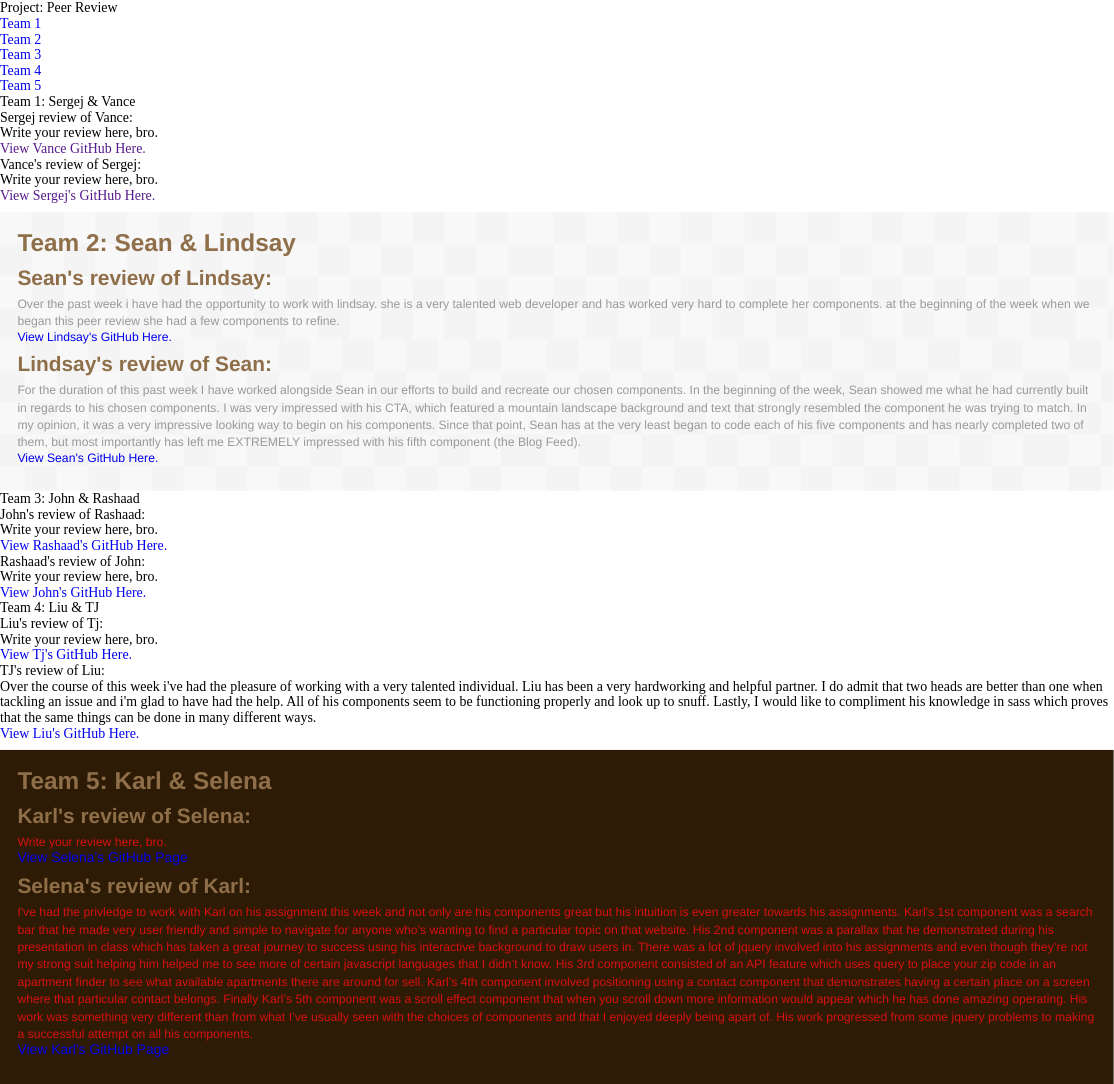
Repository: Smvargas787/WSP-2.5
Page: workspace 3/hello-world.html
The author's editor kept a record of every edit. The page is drawn from the files as they stood at one moment, then again after the next edit.
The browser window is 1280 px wide. The pictures show the whole page, at 87% of full size.
Some web libraries are served in a nearby version.

Above is the page before.

### workspace 3/hello-world.html
<!DOCTYPE html>
<html lang= "en">
	<head>
		<meta charset= "utf-8"/>
		<meta name="viewport" content="width=device-width, initial-scale=1, maximum-scale=1">
		<title>Project: Peer Review</title>

		<link href="css/reset.css" rel="stylesheet" type="text/css" />
		<link href="css/style.css" rel="stylesheet" type="text/css" />
	</head>


	<body>

		<header>
			<h1>Project: Peer Review</h1>
			<nav>
				<ul>
					<li><a href="#" class="link" data-this=".team1" data-last=".page">Team 1</a></li>
					<li><a href="#" class="link" data-this=".team2" data-last=".page">Team 2</a></li>
					<li><a href="#" class="link" data-this=".team3" data-last=".page">Team 3</a></li>
					<li><a href="#" class="link" data-this=".team4" data-last=".page">Team 4</a></li>
					<li><a href="#" class="link" data-this=".team5" data-last=".page">Team 5</a></li>
				</ul>
			</nav>
		</header>


<!-- 	Team 1 -->
		<section class="page team1">
			<h2>Team 1: Sergej & Vance</h2>

			<article>
				<h3>Sergej review of Vance:</h3>
				<p>Write your review here, bro.</p>
				<a href="" target="_blank">View Vance GitHub Here.</a>
			</article>

			<article>
			 	<h3>Vance's review of Sergej:</h3>
				<p>Write your review here, bro.</p>
				<a href="" target="_blank">View Sergej's GitHub Here.</a>
			</article>
        </section>
<!-- End Team 1 -->





<!-- 	Team 2 -->
		<section class="page team2">
			<h2>Team 2: Sean & Lindsay</h2>

			<article>
				<h3>Sean's review of Lindsay:</h3>
				<p>Over the past week i have had the opportunity to work with lindsay. she is a very talented web developer and has worked very hard
				to complete her components. at the beginning of the week when we began this peer review she had a few components to refine.
				</p>
				<a href="http://lindsayhampton.github.io/WSP/" target="_blank">View Lindsay's GitHub Here.</a>
			</article>

			<article>
			 	<h3>Lindsay's review of Sean:</h3>
				<p>For the duration of this past week I have worked alongside Sean in our efforts to build and recreate our chosen components.
				In the beginning of the week, Sean showed me what he had currently built in regards to his chosen components. I was very impressed with his CTA,
				which featured a mountain landscape background and text that strongly resembled the component he was trying to match. In my opinion, it was a
				very impressive looking way to begin on his components. Since that point, Sean has at the very least began to code each of his five components and
				has nearly completed two of them, but most importantly has left me EXTREMELY impressed with his fifth component (the Blog Feed). </p>
				<a href="http://seanedw1.github.io/wsp_edwards_sean/index.html" target="_blank">View Sean's GitHub Here.</a>
			</article>

		</section>
<!-- End Team 2 -->




<!-- 	Team 3 -->
		<section class="page team3">
			<h2>Team 3: John & Rashaad</h2>
			<article>
				<h3>John's review of Rashaad:</h3>
				<p>Write your review here, bro.</p>
				<a href="http://mangenius200.github.io/WSP/wsp_project-master/index.html" target="_blank">View Rashaad's GitHub Here.</a>
			</article>

			<article>
			 	<h3>Rashaad's review of John:</h3>
				<p>Write your review here, bro.</p>
				<a href="http://johnkunkle1987.github.io/Web-Standards-Project/week_1_project/" target="_blank">View John's GitHub Here.</a>
			</article>
		</section>
<!-- End Team 3 -->





<!-- 	Team 4 -->
		<section class="page team4">
			<h2>Team 4: Liu  & TJ</h2>
			<article>
				<h3>Liu's review of Tj:</h3>
				<p>Write your review here, bro.</p>
				<a href="http://fs-timothymccoy.github.io/WSP/ProjectPlanning/index.html" target="_blank">View Tj's GitHub Here.</a>
			</article>

			<article>
			 	<h3>TJ's review of Liu:</h3>
				<p>Over the course of this week i've had the pleasure of working with a very talented individual. Liu has been a very hardworking and helpful partner. I do admit that two heads are better than one when tackling an issue and i'm glad to have had the help. All of his components seem to be functioning properly and look up to snuff. Lastly, I would like to compliment his knowledge in sass which proves that the same things can be done in many different ways.</p>
				<a href="http://maumasi.github.io/WSP_082015/" target="_blank">View Liu's GitHub Here.</a>
			</article>

    	</section>
<!-- End Team 4 -->


<!-- 	Team 5 -->
		<section class="page team5">
			<h2>Team 5: Karl & Selena</h2>
			<article>
				<h3>Karl's review of Selena:</h3>
				<p>Write your review here, bro.</p>
				<a href="http://smvargas787.github.io/WSP-2.5/index.html" target="_blank">View Selena's GitHub Page</a>
			</article>

			<article>
			 	<h3>Selena's review of Karl:</h3>
				<p>I've had the privledge to work with Karl on his assignment this week and not only are his components great but his intuition is even greater towards his assignments. Karl’s 1st component was a search bar that he made very user friendly and simple to navigate for anyone who’s wanting to find a particular topic on that website. His 2nd component was a parallax that he demonstrated during his presentation in class which has taken a great journey to success using his interactive background to draw users in. There was a lot of jquery involved into his assignments and even though they’re not my strong suit helping him helped me to see more of certain javascript languages that I didn’t know. His 3rd component consisted of an API feature which uses query to place your zip code in an apartment finder to see what available apartments there are around for sell. Karl’s 4th component involved positioning using a contact component that demonstrates having a certain place on a screen where that particular contact belongs. Finally Karl’s 5th component was a scroll effect component that when you scroll down more information would appear which he has done amazing operating. His work was something very different than from what I’ve usually seen with the choices of components and that I enjoyed deeply being apart of. His work progressed from some jquery problems to making a successful attempt on all his components. </p>
			    <a href="http://kjrohr.github.io/wps_project/blog/index.html" target="_blank">View Karl's GitHub Page</a>
			</article>




		</section>
<!-- End Team 5 -->




<!-- jquery -->
		<script src="https://ajax.googleapis.com/ajax/libs/jquery/1.11.3/jquery.min.js"></script>
	<!--	<script src="js/jquery-1.11.3.min.js"></script> -->
		<script src="js/main.js"></script>

	</body>
</html>

### workspace 3/css/reset.css
/* CSS RESET
====================================================================================================
====================================================================================================
*/



html, body, div, main, span, applet, object, iframe,
h1, h2, h3, h4, h5, h6, p, blockquote, pre,
a, abbr, acronym, address, big, cite, code,
del, dfn, em, img, ins, kbd, q, s, samp,
small, strike, strong, sub, sup, tt, var,
b, u, i, center,
dl, dt, dd, ol, ul, li,
fieldset, form, label, legend, input, textarea,
table, caption, tbody, tfoot, thead, tr, th, td,
article, aside, canvas, details, embed,
figure, figcaption, footer, header, hgroup,
menu, nav, output, ruby, section, summary,
time, mark, audio, video,
::before, ::after {

	margin: 0; padding: 0;
	border: 0;
	font-size: 100%;
	font: inherit;
	vertical-align: baseline;
	text-decoration: none;

	box-sizing: border-box;

}

// HTML5 - Older browser support
// ======================================================================
article, aside, details, figcaption, figure,
footer, header, hgroup, menu, nav, section {
	display: block;
}


// BODY
// ======================================================================
body { line-height: 1; }


// LISTS - Clear bullets
// ======================================================================
ol, ul { list-style: none; }


// QUOTES
// ======================================================================
blockquote, q { quotes: none; }
blockquote:before, blockquote:after,
q:before, q:after {
	content: '';
	content: none;
}

// TABLES
// ======================================================================
table {
	border-collapse: collapse;
	border-spacing: 0;
}

### workspace 3/css/style.css
/* Team 1 ======================================================== */
/* End of Team 1 ================================================= */


/* Team 2 ======================================================== */
.team2
{
  margin-top: 10px;
  background: url("../images/background-team2.jpg");
  color: #999999;
  font-family: Helvetica;
  padding: 20px;
  font-size: 14px;
}


.team2 article a:hover
{
  color: rgba(215,17,17, 0.8);
}

.team2 article a:visited
{
  color: #094978;
}


.team2 h1{
  text-align:center;
}


.team2 h2
{
  margin-bottom: 10px;
  font-size: 28px;
  font-weight: 900;
  color: #8F6F49;
}

.team2 article h3
{
  margin-bottom: 5px;
  color: #8F6F49;
  font-size: 24px;
  font-weight: 700;
}

.team2 article p
{
  line-height: 20px;
}

.team2 article a
{
  display: block;
  padding-bottom: 10px;
}


/* End of Team 2 ================================================= */


/* Team 3 ======================================================== */
/* End of Team 3 ================================================= */


/* Team 4 ======================================================== */
/* End of Team 4 ================================================= */


/* Team 5 ======================================================== */
/* Color 1: #2E1B05 Root
   Color 2: #655441 Somber
   Color 3: #8F6F49 Yggdrasil
   Color 4: #094978 Blues Power
   Color 5: #D71111 Pale Red
*/


.team5
{
  margin-top: 10px;
  background: #2E1B05;
  color: #D71111;
  font-family: Helvetica;
  padding: 20px;
}


.team5 article a:hover
{
  color: rgba(215,17,17, 0.8);
}

.team5 article a:visited
{
  color: #094978;
}

.team5 h2
{
  margin-bottom: 10px;
  font-size: 28px;
  font-weight: 900;
  color: #8F6F49;
}

.team5 article h3
{
  margin-bottom: 5px;
  color: #8F6F49;
  font-size: 24px;
  font-weight: 700;
}

.team5 article p
{
  line-height: 20px;
  font-size: 14px;
}

.team5 article a
{
  display: block;
  padding-bottom: 10px;
}


/* End of Team 5 ================================================= */

### workspace 3/js/main.js

//	jquery javaScript
$(function(){

//	make links change "pages"
//================================================================
//	$('.page').css({'display':'none'});



//	nav click events
//================================================================
	$('.link').on('click', function(){

		var linkAction1 = $(this).attr('data-last');
		var linkAction2 = $(this).attr('data-this');

		$(linkAction1).delay().slideUp();
		$(linkAction2).slideDown();

		$('.this-class').css({'display':'none'});
		$('h3').css({'display':'none'});
		//$('input').css({'display':'none'});
	});




});

After the next edit:
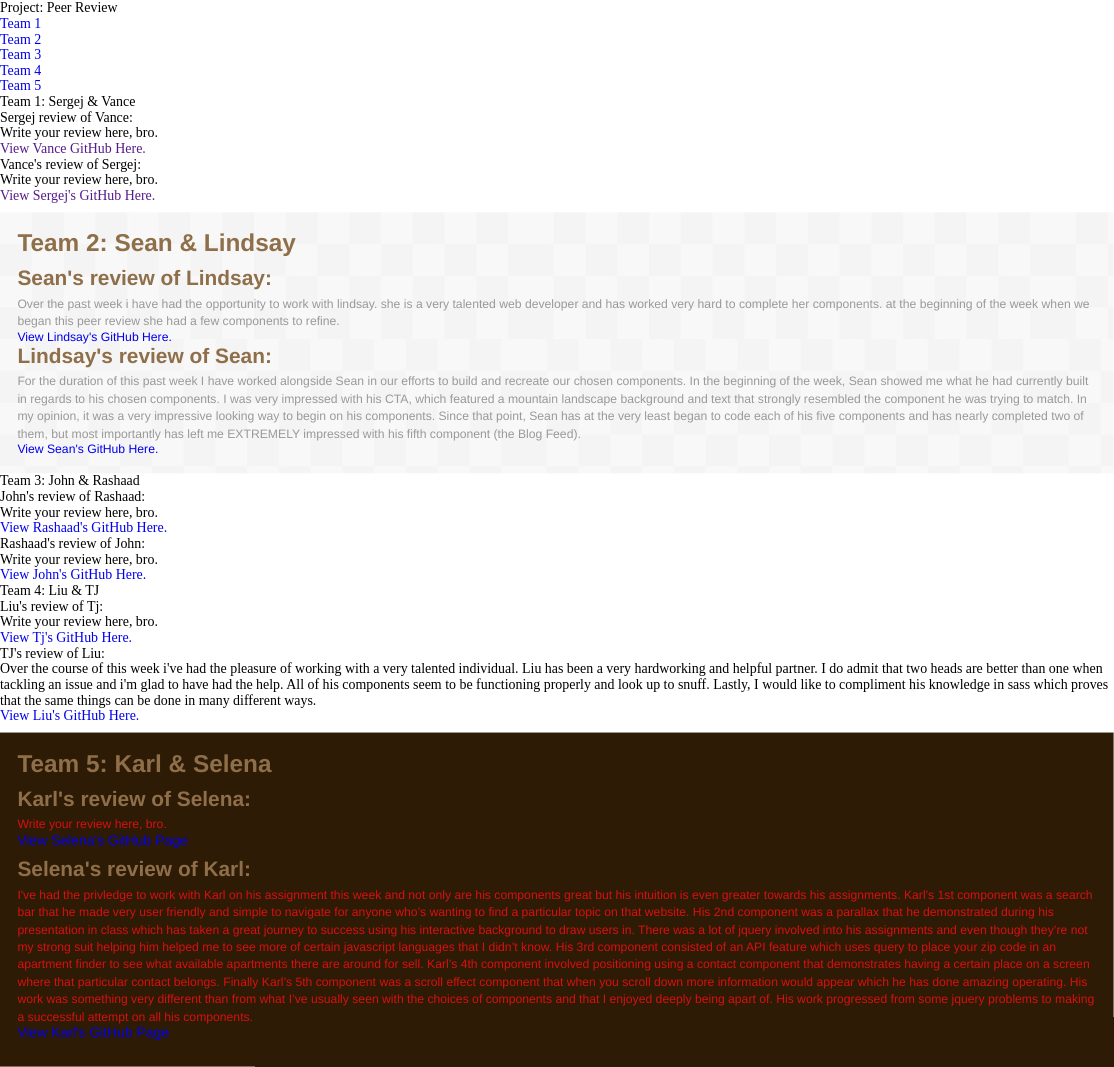
The edit:
--- a/workspace 3/css/style.css
+++ b/workspace 3/css/style.css
@@ -54,7 +54,7 @@
 .team2 article a
 {
   display: block;
-  padding-bottom: 10px;
+  padding
 }
 
 
